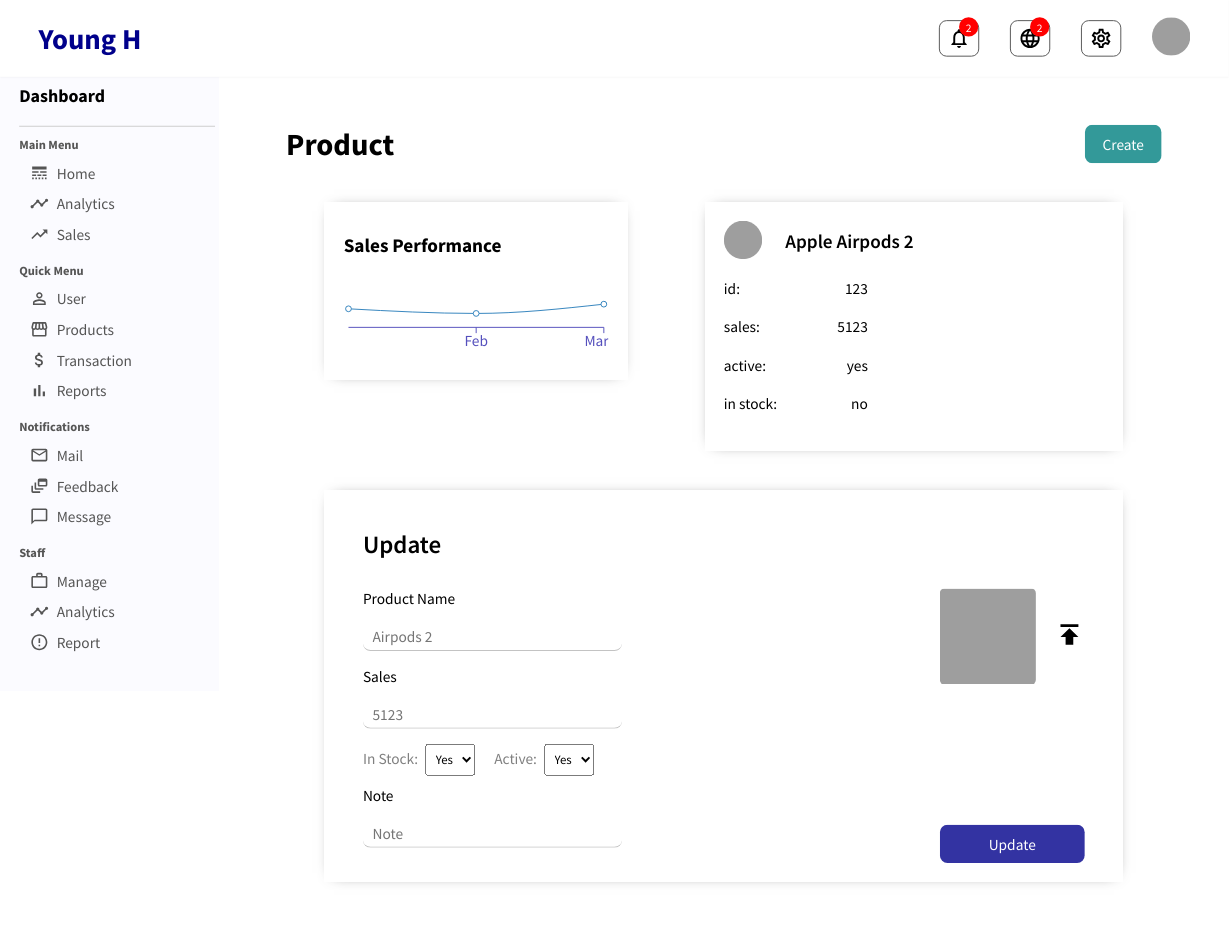
Repository: noname20011/admin
Page: /product/1
The author's editor kept a copy of each file at every save. The page is drawn from the files as they stood at one save, then again after a run of saves.
The browser window is 1280 px wide. The pictures show the whole page, at 96% of full size.
Pictures or frames that could not be fetched are drawn as grey boxes. The project was rebuilt for these pictures with package versions that can differ from the ones it lists, and the page was loaded fresh each time. Also part of the build but not shown: src/pages/home/home.css, src/comopnents/featureInfo/feature.css, src/comopnents/featureInfo/Feature.jsx, src/comopnents/widgetSm/widgetSm.css, src/comopnents/widgetSm/WidgetSm.jsx, src/comopnents/widgetLg/widgetLg.css, src/comopnents/widgetLg/WidgetLg.jsx, src/pages/home/Home.jsx and 10 more.

Above is the page before, as saved 2021-11-14 16:58:18.

After the next 2 saves:
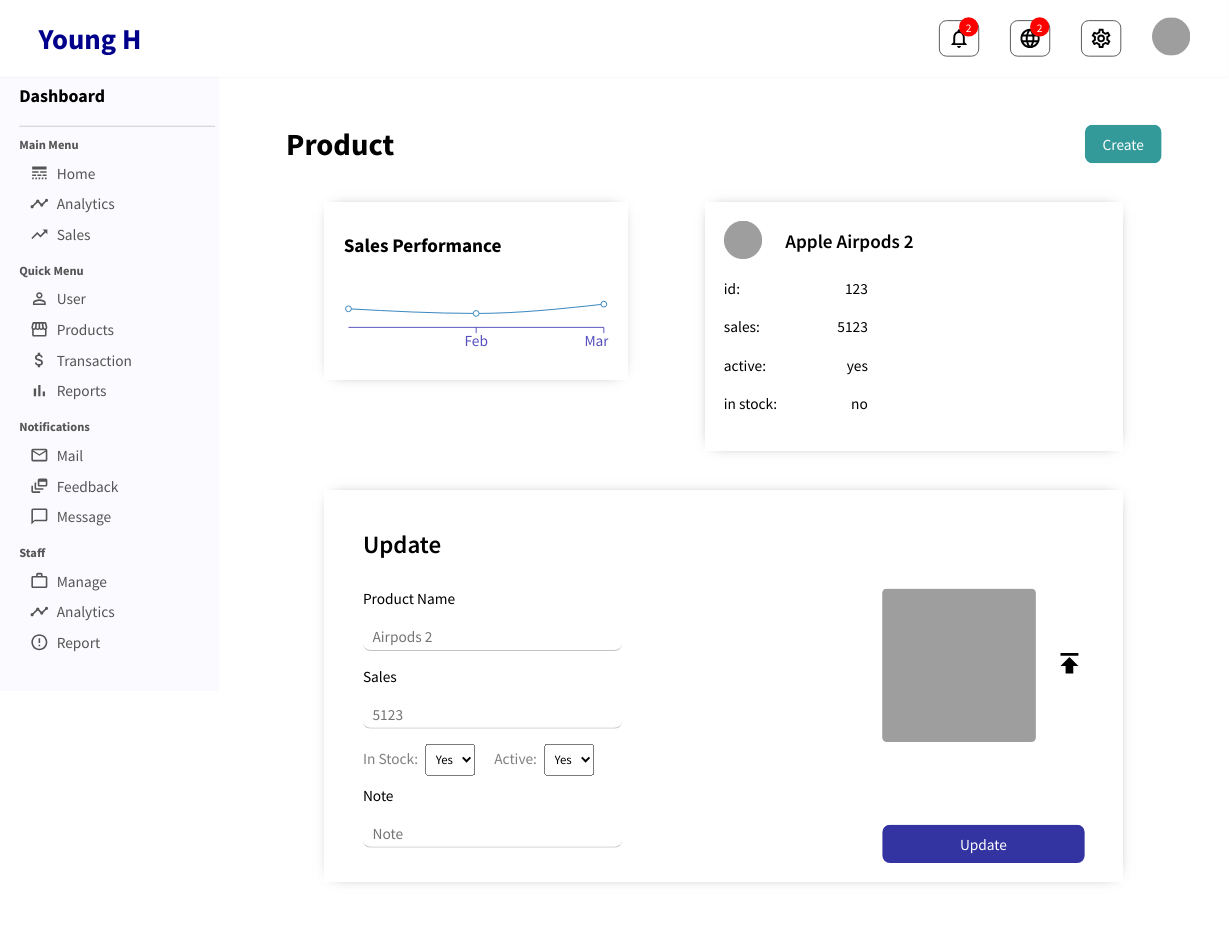
The 2 saves are shown as one change because they came seconds apart.
The last was saved 65 s later.
--- a/src/pages/product/product.css
+++ b/src/pages/product/product.css
@@ -164,8 +164,8 @@
 }
 
 .productFormImg {
-    width: 100px;
-    height: 100px;
+    width: 160px;
+    height: 160px;
     object-fit: cover;
     border-radius: .3rem;
 }
